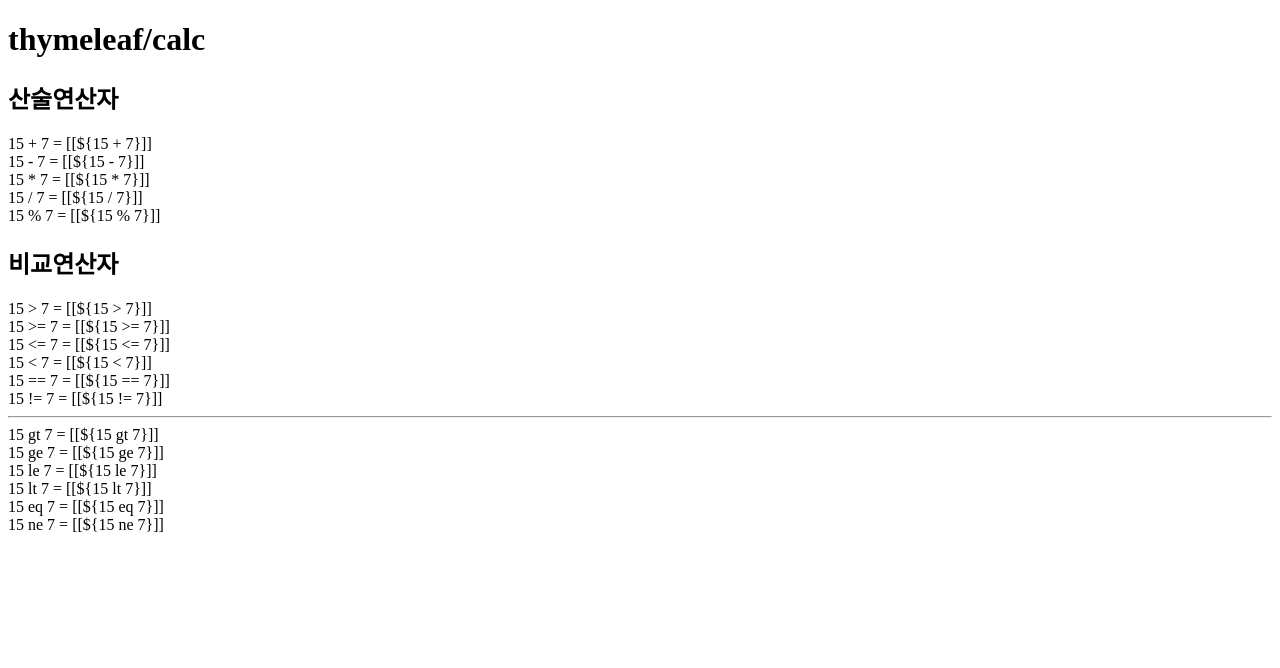
Repository: Yousehyeon/spring_work
Page: stsMvcProj/src/main/java/aaa/service/lalala.html
The author's editor kept a copy of each file at every save. The page is drawn from the files as they stood at one save, then again after the next save.
The browser window is 1280 px wide. The pictures show the whole page.

Above is the page before, as saved 2023-08-22 05:58:39.

After the next save:
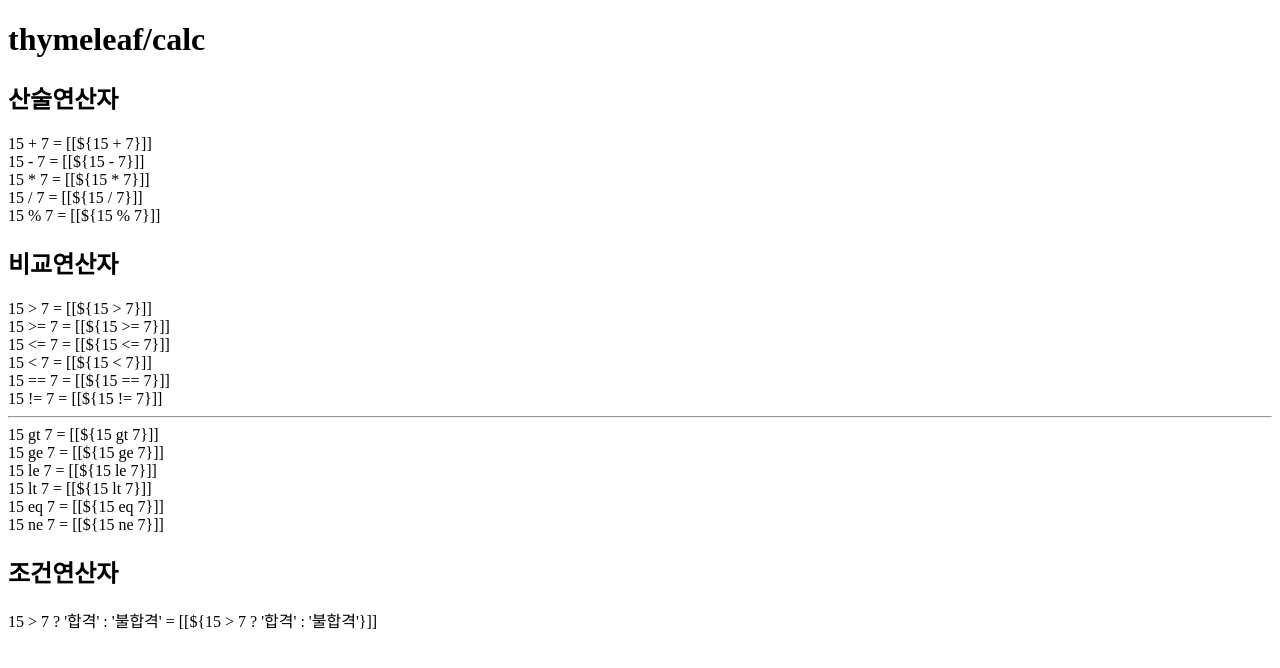
Saved 102 s later.
--- a/stsMvcProj/src/main/java/aaa/service/lalala.html
+++ b/stsMvcProj/src/main/java/aaa/service/lalala.html
@@ -26,5 +26,7 @@
 15 lt 7 = [[${15 lt 7}]]<br/>
 15 eq 7 = [[${15 eq 7}]]<br/>
 15 ne 7 = [[${15 ne 7}]]<br/>
+<h2>조건연산자</h2>
+15 > 7 ? '합격' : '불합격' = [[${15 > 7 ? '합격' : '불합격'}]]<br/>
 </body>
 </html>
